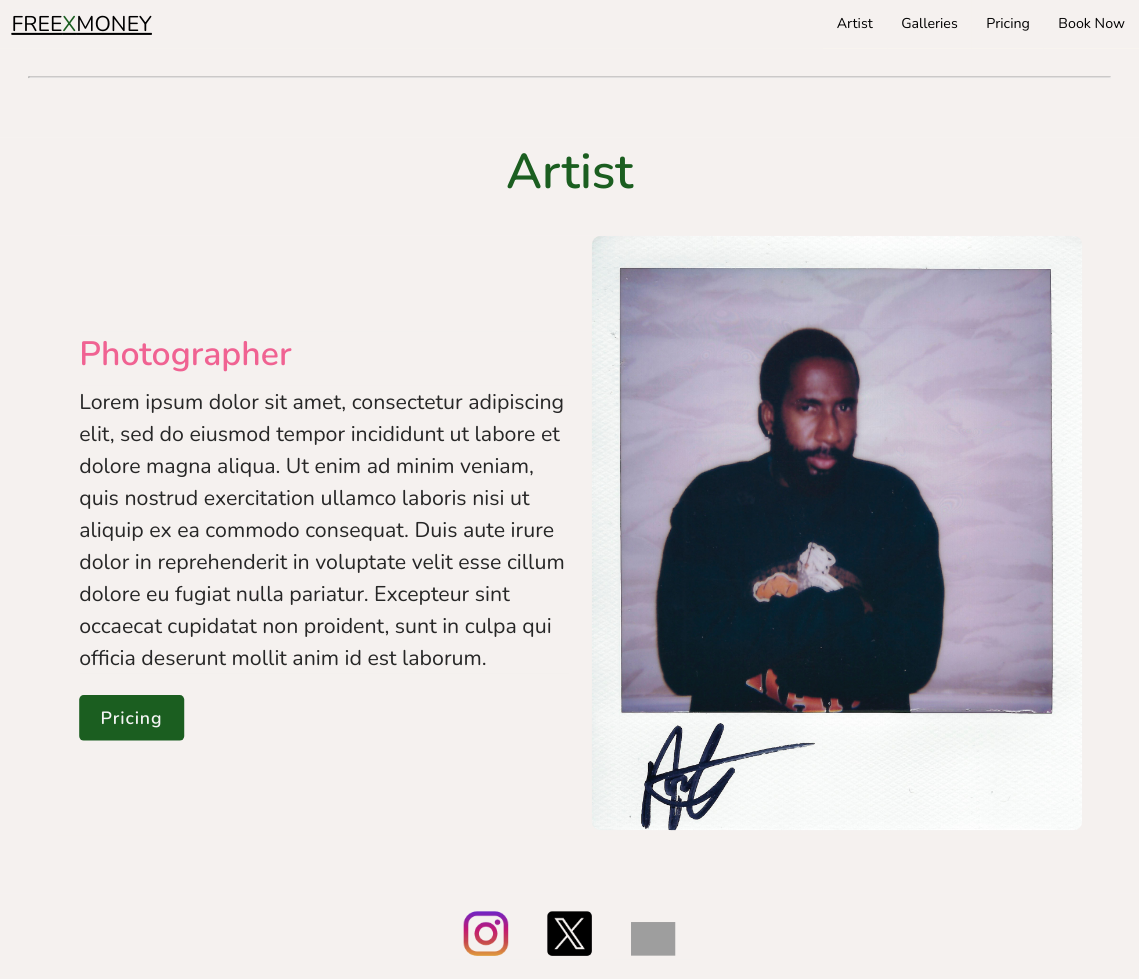
Repository: burntaftermint/freexmoney-draft
Page: artist.html
An editor plug-in stored every save of this project. The page is shown before and after the next save, followed by the edit.
The browser window is 1280 px wide. The pictures show the whole page, at 89% of full size.
Pictures or frames that could not be fetched are drawn as grey boxes. Some web fonts or font styles are not loaded; a fallback is used.

Above is the page before, as saved 2024-06-10 02:19:48.

### artist.html
<!DOCTYPE html>
<html lang="en">
<head>
    <meta charset="UTF-8">
    <meta http-equiv="X-UA-Compatible" content="IE=edge">
    <meta name="viewport" content="width=device-width, initial-scale=1.0">
    <script src="script.js" defer></script>
    <title>FREEXMONEY</title>
    <link rel="preconnect" href="https://fonts.googleapis.com">
<link rel="preconnect" href="https://fonts.gstatic.com" crossorigin>
<link href="https://fonts.googleapis.com/css2?family=Architects+Daughter&family=Kumbh+Sans:wght@400;700&family=Montserrat:ital,wght@0,100;0,200;0,300;0,400;0,500;0,600;0,700;0,800;0,900;1,100;1,200;1,300;1,400;1,500;1,600;1,700;1,800;1,900&family=Nunito:wght@300;400;500;600&family=Roboto:wght@300&family=Rubik:wght@400;500;600;700;800&family=Yantramanav:wght@500&display=swap" rel="stylesheet">
    <link rel="stylesheet" type="text/css" href="style.css">
</head>
<body>
    <nav class="navbar">
        <div class="nav-title"><a href="index.html">FREE<span>X</span>MONEY</a>
        </div>
        <a href="#" class="toggle-button">
            <span class="bar"></span>
            <span class="bar"></span>
            <span class="bar"></span>

        </a>
        <div class="navbar-links">
            <ul>
                <li><a href="artist.html">Artist</a></li>
                <li><a href="gallery.html">Galleries</a></li>
                <li><a href="pricing.html">Pricing</a></li>
                <li><a href="home.html">Book Now</a></li>
            </ul>
        </div>
    </nav>
    <hr>
    <section class="hero">
        <div class="home-heading">
            <h1>Artist</h1>
        </div>
        <div class="container_home">
            <div class="hero-content">
                <h2>Photographer</h2>
                <p>Lorem ipsum dolor sit amet, consectetur adipiscing elit, sed do eiusmod tempor incididunt ut labore et dolore magna aliqua. Ut enim ad minim veniam, quis nostrud exercitation ullamco laboris nisi ut aliquip ex ea commodo consequat. Duis aute irure dolor in reprehenderit in voluptate velit esse cillum dolore eu fugiat nulla pariatur. Excepteur sint occaecat cupidatat non proident, sunt in culpa qui officia deserunt mollit anim id est laborum.
                </p>
                <div class="hero-btn">
                    <a href="#">Pricing</a>
                </div>
            </div>

            <div class="hero-image">
                <img src="images/freexmoney.JPG" alt="">
            </div>
        </div>

    </section>
    <div class="social-links">
        <a href="https://www.instagram.com/freexmoney/?hl=en" target="_blank"><img src="images/instagram.png"></a>
        <a href="https://twitter.com/xfreexmoney?lang=en" target="_blank"><img src="images/twitter.png"></a>
        <a href="https://freexmoney.tumblr.com/" target="_blank"><img src="images/tumblr.png"></a>
    </div>



    </div>
</body>
</html>

### style.css

* {
    margin: 0;
    padding: 0;
    box-sizing: border-box;
    font-family: 'Nunito', sans-serif;
    background-color: #f5f1ef;
}

.container {
    display: flex;
    flex-direction: column;
    justify-content: center;
    align-items: center;
    text-align: center;
    margin: 15px 20px 0 20px;
}

.social-links img {
    width: 50px;

    margin: 20px;
    cursor: pointer;
}

.social-links {
    text-align: center;
}




.container .heading {
    width: 50%;
    padding-bottom: 20px;
}

.container .heading h3 {
    font-size: 3em;
    font-weight: 400;
    border-bottom: 3px solid #1b5e20;

}

.container .heading h3 span {
    color: #1b5e20;
    font-weight: 600;
}

.container .box {
    display: flex;
    flex-direction: row;
    justify-content: space-between;

}

.container .box .row1 {
    display: flex;
    flex-direction: column;
    width: 32.5%;
}

.container .box .row1 img {
    width: 100%;
    padding-bottom: 10px;
    animation: fadeInUp 2s ease;
}

.container .box .row1 img:hover{
    opacity: 0.5;
    transition: 0.2s ease;

}

.container .btn {
    margin: 40px 0 70px 0;
    background: #1b5e20;
    padding: 15px 40px ;
    border-radius: 5px;
}


.container .btn a {
    text-decoration: none;
    background-color: transparent;
    color: #f5f5f5;
    font-weight: bolder;
    letter-spacing: 1px;
}

.container .heading a {
    text-decoration: none;
    color: black;
}
.container .heading a:hover {

    color: #f06292;
}

.container .btn a:hover {
    text-decoration: none;
    background-color: transparent;
    color: #f06292;
    font-weight: bolder;

}

/* gallery css */
.gallery-container {
    width: 100%;
    min-height: 100vh;
    display: flex;
    justify-content: center;
    align-items: center;
    padding: 0px 90px;
}

.gallery-content-section {
    display: flex;
    justify-content: center;
    align-items: center;
    text-align: center;
    animation: fadeInRight 2s ease;
}

.gallery-content-section .gallery-card {
    flex: 1;
    margin: 20px 20px;
    box-shadow: 0px 2px 8px 0px rgba(0,0,0,0.2);
    border-radius: 5px;
}

.gallery-content-section .gallery-card:hover {
    transform: scale(1.2);
}

.gallery-content-section .gallery-card img {
    width: 100%;
    height: auto;
    border-radius: 5px;
}

.gallery-content-section .gallery-card h2 {
    margin: 15px 0px;
    font-size: 28px;
    color: #f06292;
}

.gallery-content-section .gallery-card p {
    font-size: 16px;
    line-height: 1.5;
    padding: 0px 10px;
    margin-bottom: 20px;
}

.galleryh1 {
    text-align: center;
    font-size: 55px;
    color: #1b5e20;
}

/* home css */

.hero {
    background-color: #f5f1ef;
    overflow: hidden;
}

.home-heading h1 {
    color: #1b5e20;
    font-size: 55px;
    text-align: center;
    margin-top: 35px;
    margin-bottom: -30px;
}

.hero-content p {
    font-size: 24px;
    line-height: 1.5;
    margin-bottom: 40px;
    color: rgb(39, 39, 39);
}

.hero-btn {
    display: inline-block;
    background-color: #1b5e20;
    margin-top: -20px;
    padding: 12px 24px;
    border-radius: 5px;
    font-size: 20px;
    border: none;
    cursor: pointer;
    transition: 0.3s ease;
    font-weight: bolder;
    letter-spacing: 1px;
}
.hero-btn a {

    text-decoration: none;
    background-color: transparent;
    color: #f5f5f5;
}
.hero-btn a:hover {

    color: #f06292;
}
.container_home {
    display: flex;
    justify-content: center;
    align-items: center;
    width: 90%;
    margin: 65px auto;
}
.hero-content {
    flex: 1;
    width: 600px;
    margin: 0px 25px;
    animation: fadeInUp 2s ease;
}
.hero-image {
    flex: 1;
    width: 600px;
    margin: auto;
    animation: fadeInRight 2s ease;
}

.hero-content h2 {
    color: #f06292;
    font-size: 38px;
    margin-bottom: 10px;
}

.hero img {
width: 100%;
height: auto;
border-radius: 10px;
}

/* navbar css */
.navbar {
    display: flex;
    justify-content: space-between;
    align-items: center;
    background-color: #f5f1ef;


}

.nav-title {
    background-color: transparent;
    text-decoration: underline;
}
.nav-title a{
    color: black;

}
.nav-title a:hover{
    color: #f06292;
}
.nav-title span{
    background-color: transparent;
    color: #1b5e20;
}

.navbar-links ul {
    margin: 0;
    padding: 0;
    display: flex;
}

.navbar-links li {
    list-style: none;

}

.navbar-links li a {
    text-decoration: none;
    color: black;
    padding: 1rem;
    display: block;



}

.navbar-links li a:hover{
    color: #f06292;
}
.nav-title {
    font-size: 1.5rem;
    margin: .5rem;
    padding-left: 5px;

}

.toggle-button {
    position: absolute;
    top: .75rem;
    right: 1rem;
    display: none;
    flex-direction: column;
    justify-content: space-between;
    width: 30px;
    height: 21px;
}

.toggle-button .bar {
    height: 3px;
    width: 100%;
    background-color: black;
    border-radius: 10px;
}

/* Pricing css */

.pricing-table {
    display: flex;
    flex-direction: row; /* Arrange items vertically */
    align-items: center; /* Center items horizontally */
    justify-content: center; /* Center items vertically */
    min-height: 100vh; /* Set minimum height as 100% of the viewport height */
    max-width: 1600px;
    margin: 0 auto; /* Center the pricing table horizontally */


}

/* Add this style if you want some space between pricing cards */
.pricing-card {
     /* Adjust as needed */
    flex: 1;
    max-width: 360px;
    background-color: #fa7fa8;
    margin: 20px 10px;
    text-align: center;
    cursor: pointer;
    overflow: hidden;
    color: #f5f1ef;
    transition: .3s linear;
    border-radius: 10px;
    padding-bottom: 10px;
    animation: fadeInRight 2s ease;

}

.pricing-card-header {
    background-color: #1b5e20;
    display: inline-block;
    color: #f5f1ef;
    padding: 12px 30px;
    border-radius: 0 0 20px 20px;
    font-size: 16px;
    text-transform: uppercase;
    font-weight: 600;
    transition: .4s linear;

}

.pricing-card li {
    font-size: 20px;
    padding: 10px 0;
    text-transform: uppercase;
    list-style-type: none; /* Add this line to remove bullets */
}


.pricingh1 {
    margin-top: 50px;
    margin-bottom: -100px;
    text-align: center;
    font-size: 55px;
    color: #1b5e20;
}

hr {
    margin: 2rem;
}





.pricing-card li {
    background-color: #fa7fa8;
}
.pricing-card strong {
    background-color: #fa7fa8;
}
.pricing-card sup {
    background-color: #fa7fa8;
}

.price {
    background-color: #fa7fa8;
    font-size: 70px;
    color: #f5f1ef;
    margin: 40px 0;
    transition: .2s linear;
}

.price sup, .price span {
    font-size: 22px;
    font-weight: 700;
}









@media only screen and (max-width: 1000px) {
    .gallery-content-section {
        flex-direction: column;
    }

    .pricing-card {
        flex: 50%;

    }

    .pricing-card-header {
        font-size: 10.5px;
    }

    .price {
        font-size: 45px;
    }

    .pricing-card li {
        font-size: 15px;
    }



}




@media only screen and (max-width: 769px) {
    .container .box {
        flex-direction: column;
    }
    .container .box .row1 {
        width: 100%;
    }
    .home-heading h1 {
        font-size: 45px;
        margin-top: 30px;
    }

    .hero {
        margin: 0px;

    }
    .container_home {
        width: 100%;
        flex-direction: column;
        margin: 0px;
        padding: 0px 40px;

    }
    .hero-content {
        width: 100%;
        margin: 35px 0px;
    }
    .hero-content h2 {
        font-size: 30px;

    }
    .hero-content p {
        font-size: 18px;
        margin-bottom: 20px;
    }
    .hero-btn {
        font-size: 16px;
        padding: 8px 16px;

    }
    .hero-image {
        width: 100%;
    }

    .pricing-card {
        flex: 50%;

    }

    .pricing-card-header {
        font-size: 6px;
    }

    .price {
        font-size: 35px;
    }

    .pricing-card li {
        font-size: 15px;
    }


}






@media only screen and (max-width: 718px) {
    .container .heading {
        width: 100%;

    }

    .container .heading h3 {
        font-size: 2.5em;


    }
}

@media only screen and (max-width: 549px) {
    .toggle-button {
        display: flex;

    }
    .navbar-links {
        display: none;
        width: 100%;

    }
    .navbar {
        flex-direction: column;
        align-items: flex-start;
    }

    .navbar-links ul {
        width: 100%;
        flex-direction: column;
    }

    .navbar-links li {
        text-align: center;
    }

    .navbar-links li a {
        padding: .3rem .7rem;
    }

    .navbar-links.active {
        display: flex;
    }
}

@media only screen and (max-width: 510px) {
    .gallery-card {
        width: 150%;

    }
}

@media only screen and (max-width: 400px) {
    .pricingh1 {
        margin-bottom: -175px;
    }
}

@keyframes fadeInUp {
    0% {
        opacity: 0;
        transform: translateY(50px);
    }
    100% {
        opacity: 1;
        transform: translateY(0px);
    }
}


@keyframes fadeInRight {
    0% {
        opacity: 0;
        transform: translateX(-50px);
    }
    100% {
        opacity: 1;
        transform: translateX(0px);
    }
}

Loaded but not shown: script.js (common file)

After the next save:
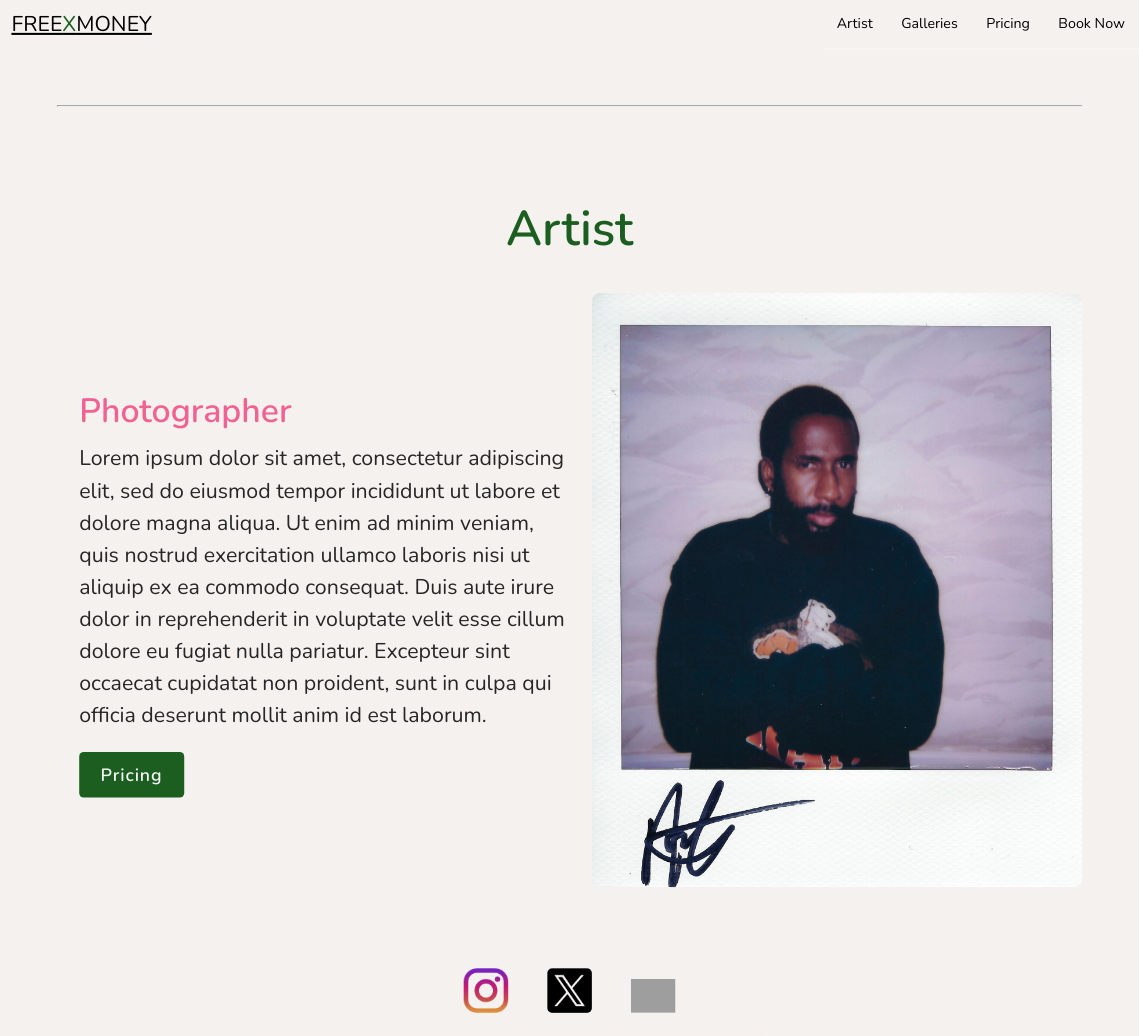
Saved 117 s later.
--- a/style.css
+++ b/style.css
@@ -373,7 +373,7 @@
 }
 
 hr {
-    margin: 2rem;
+    margin: 4rem;
 }
 
 
